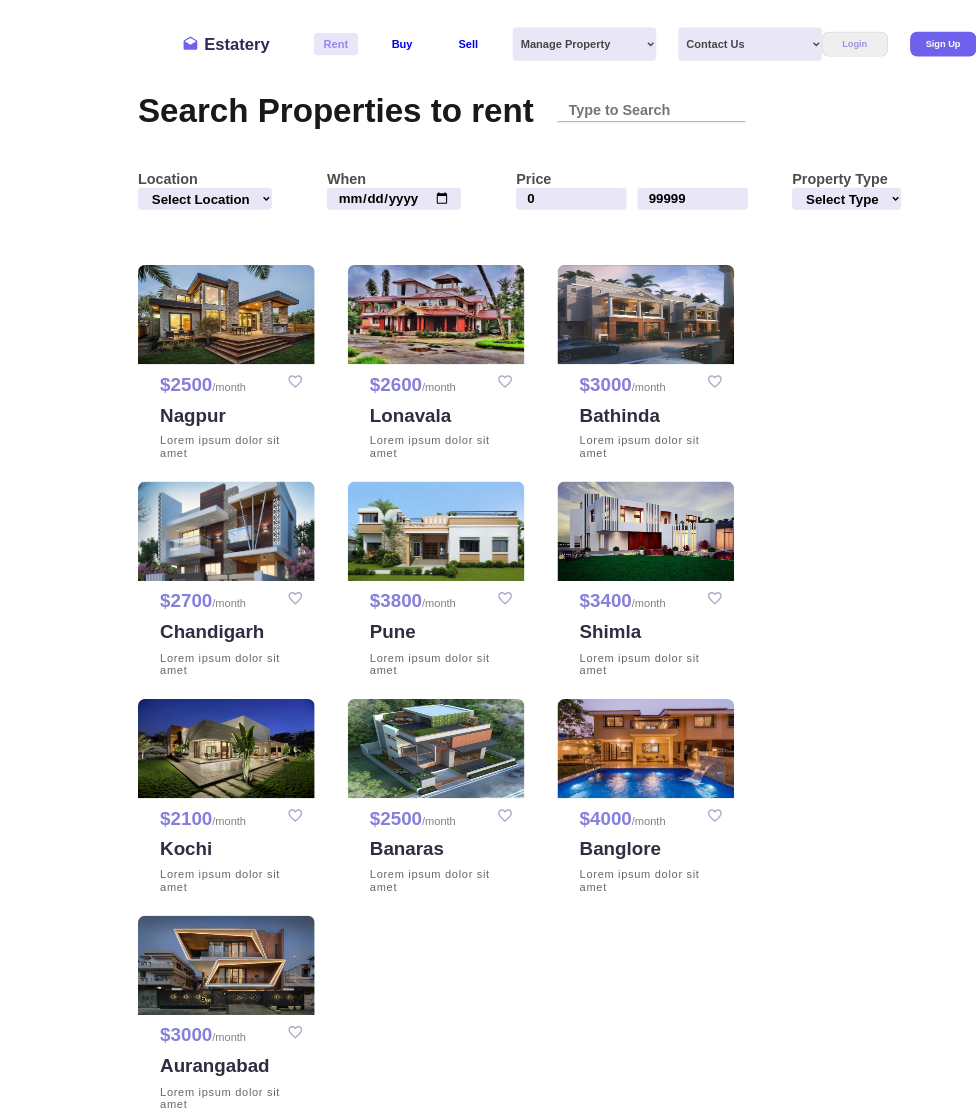
Repository: kapil4457/Reunion-Internship-Assignment
Page: /
These files come from the project's save history. The page is drawn as it stood at one moment and after the next save; the edit follows.
The browser window is 1280 px wide. The page is 1415 px wide, so the pictures cover 1415 px, including what lies to the right of the window. The pictures show the whole page, at 69% of full size.
The project was rebuilt for these pictures with package versions that can differ from the ones it lists, and the page was loaded fresh each time. Also part of the build but not shown: src/App.css.

Above is the page before, as saved 2022-10-07 18:38:20.

After the next save:
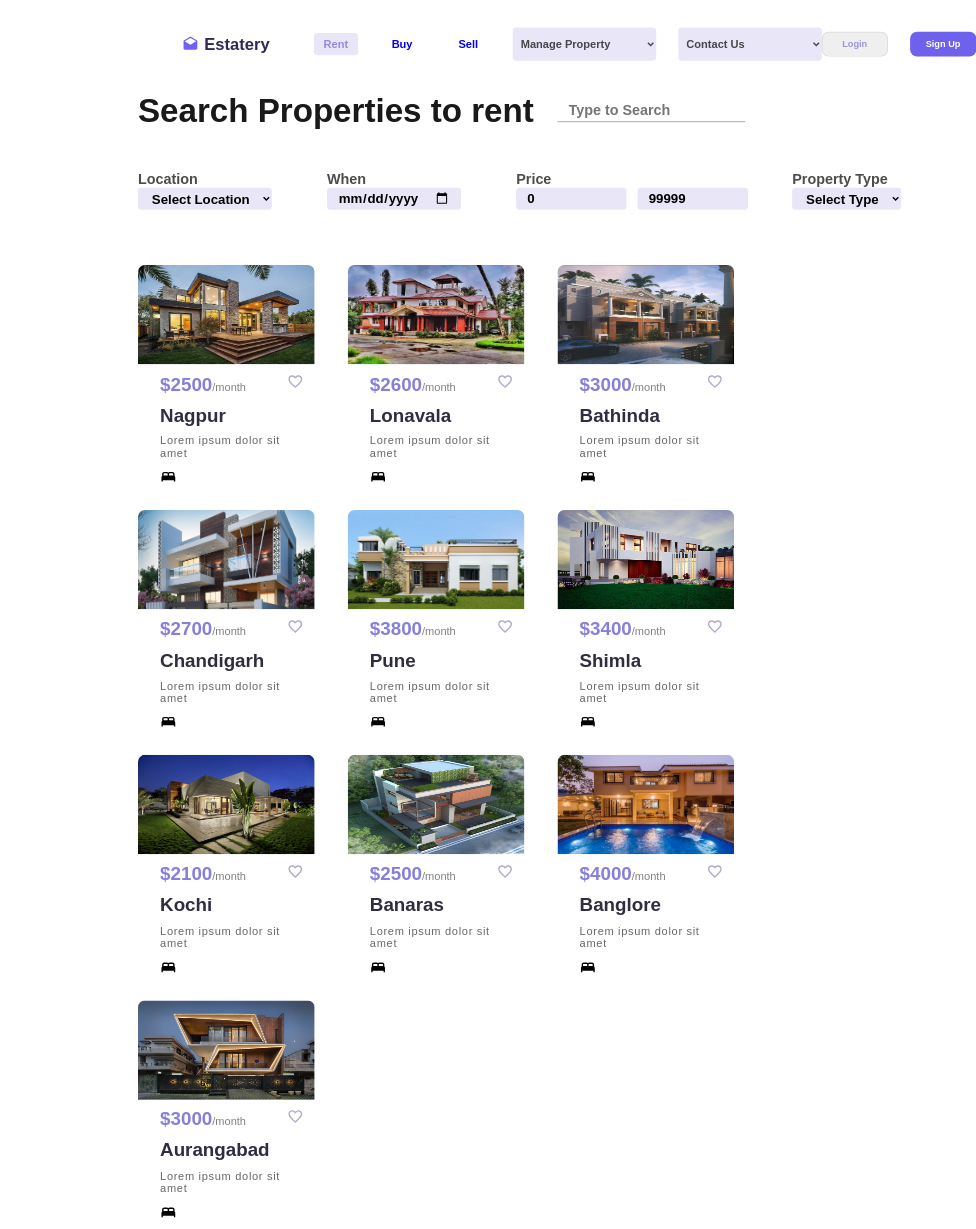
Saved 59 s later.
--- a/src/components/RentCard/RentCard.jsx
+++ b/src/components/RentCard/RentCard.jsx
@@ -1,6 +1,7 @@
 import React from "react";
 import "./RentCard.css";
 import FavoriteBorderIcon from "@mui/icons-material/FavoriteBorder";
+import BedIcon from "@mui/icons-material/Bed";
 const RentCard = ({ data }) => {
   console.log(data);
   return (
@@ -17,6 +18,13 @@ const RentCard = ({ data }) => {
         </div>
         <div className="rent-card-name">{data.state}</div>
         <div className="rent-card-address">{data.address}</div>
+        <div className="icons">
+          <div className="beds">
+            <BedIcon />
+          </div>
+          <div className="bath"></div>
+          <div className="area"></div>
+        </div>
       </div>
     </div>
   );
